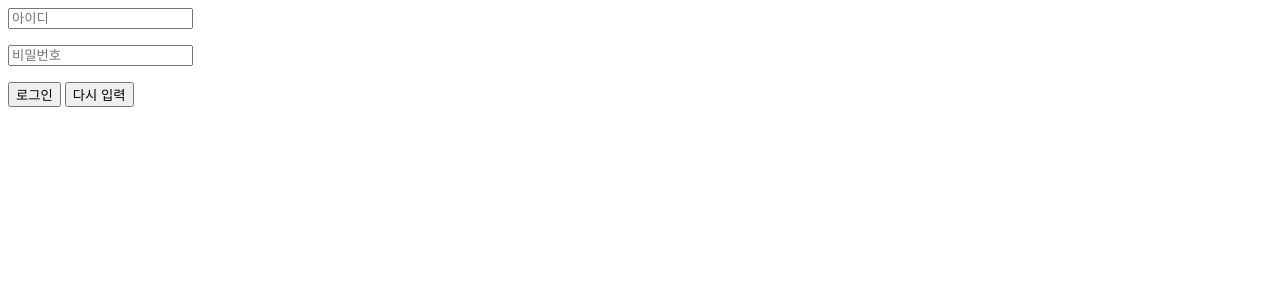
Repository: jpg723/Assignment
Page: http://localhost/LAB7_4/login_form.jsp
These files come from the project's save history. The page is drawn as it stood at one moment and after the next save; the edit follows.
The browser window is 1280 px wide. The pictures show the whole page.
The page is served by Tomcat 9.

Above is the page before, as saved 2021-10-24 13:19:23.

After the next save:
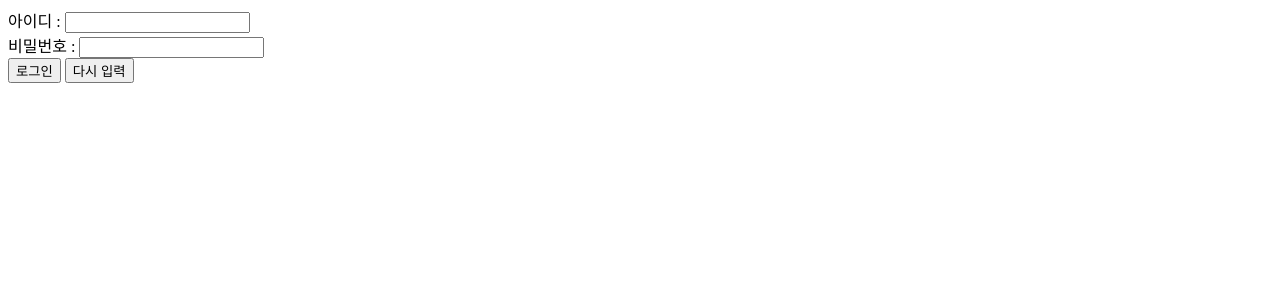
Saved 71 s later.
--- a/웹프로그래밍/LAB7_4/src/main/webapp/login_form.jsp
+++ b/웹프로그래밍/LAB7_4/src/main/webapp/login_form.jsp
@@ -5,7 +5,7 @@
 <html>
 <head>
 <meta charset="UTF-8">
-<title>LAB7_4 forward</title>
+<title>로그인창</title>
 </head>
 <body>
 <%
@@ -16,10 +16,11 @@
 <%
     }
 %>
-    <form action="login.jsp" method="post">
-    	<input type="text" name="id" placeholder = "아이디" onfocus= "this.placeholder">
-    	<p><input type="password" name="pw" placeholder = "비밀번호" onfocus= "this.placeholder">
-    	<p><input type="submit" value="로그인"> <input type="reset" value="다시 입력">
+    <form action="result.jsp" method="post">
+    아이디 : <input type="text" name="userID"><br>
+    비밀번호 : <input type="password" name="userPw"><br>
+    <input type="submit" value="로그인">
+    <input type="reset" value="다시 입력">
     </form>
 </body>
 </html>
